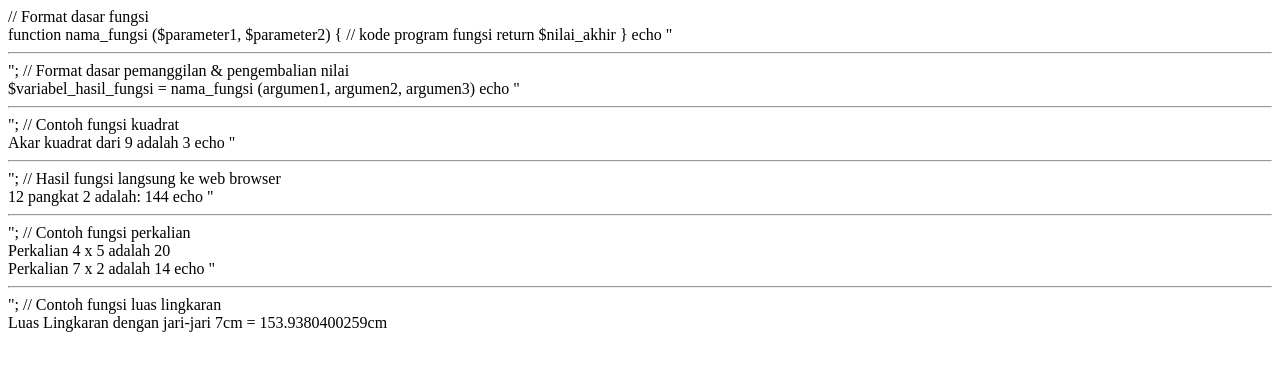
Repository: Bearli-py/latihan_PHP
Page: http://localhost/fungsi.php
These files come from the project's save history. The page is drawn as it stood at one moment and after the next save; the edit follows.
The browser window is 1280 px wide. The pictures show the whole page.
The page is run by PHP 8.4 with error messages shown; the project is at /var/www/html/.

Above is the page before, as saved 2025-10-01 13:57:25.

### fungsi.php
// Format dasar fungsi <br>
function nama_fungsi ($parameter1, $parameter2)
{
// kode program fungsi return $nilai_akhir
}

echo "<hr>";

// Format dasar pemanggilan & pengembalian nilai <br>
$variabel_hasil_fungsi = nama_fungsi (argumen1, argumen2, argumen3)

echo "<hr>";

// Contoh fungsi kuadrat <br>
<?php
    $akar_kuadrat = sqrt(9);
    echo "Akar kuadrat dari 9 adalah $akar_kuadrat";
    // Akar kuadrat dari 9 adalah 3
?>

echo "<hr>";

// Hasil fungsi langsung ke web browser <br>
<?php
echo "12 pangkat 2 adalah: ".pow(12,2);
// 12 pangkat 2 adalah: 144
?>

echo "<hr>";

// Contoh fungsi perkalian <br>
<?php
//pembuatan fungsi
    function perkalian($angka1, $angka2)
    {
    $a= $angka1;
    $b= $angka2;
    $hasil= $a*$b;
    return $hasil;
    }
//pemanggilan fungsi
    $hasil=perkalian(4,5);
    echo "Perkalian 4 x 5 adalah $hasil";
    echo "<br />";
    echo "Perkalian 7 x 2 adalah ".perkalian(7,2);
?>

echo "<hr>";

// Contoh fungsi luas lingkaran <br>
<?php
//pemanggilan fungsi
    echo "Luas Lingkaran dengan jari-jari 7cm = ".luas_lingkaran(7)."cm";
//pembuatan fungsi
    function luas_lingkaran($jari2)
    {
    return M_PI*$jari2*$jari2;
    }
?>

After the next save:
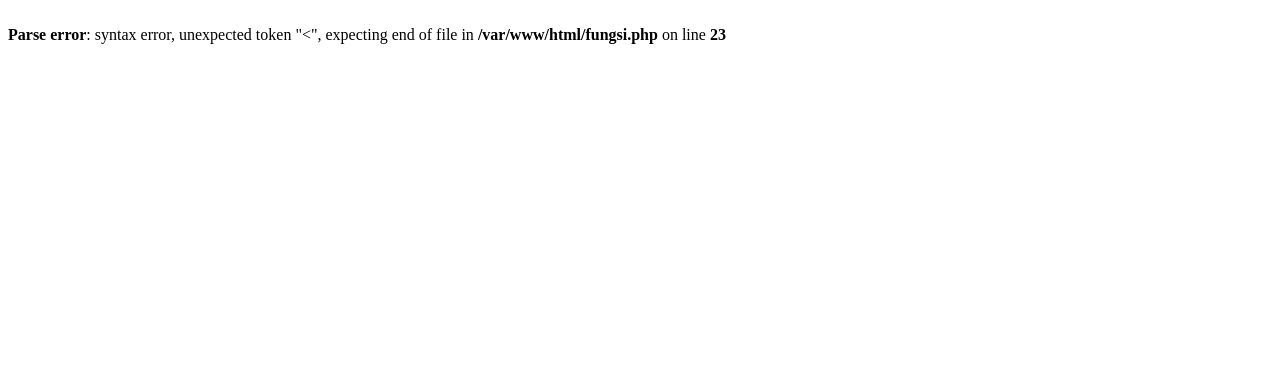
Saved 38 s later.
--- a/fungsi.php
+++ b/fungsi.php
@@ -16,7 +16,6 @@
     $akar_kuadrat = sqrt(9);
     echo "Akar kuadrat dari 9 adalah $akar_kuadrat";
     // Akar kuadrat dari 9 adalah 3
-?>
 
 echo "<hr>";
 
@@ -24,7 +23,6 @@
 <?php
 echo "12 pangkat 2 adalah: ".pow(12,2);
 // 12 pangkat 2 adalah: 144
-?>
 
 echo "<hr>";
 
@@ -43,7 +41,6 @@
     echo "Perkalian 4 x 5 adalah $hasil";
     echo "<br />";
     echo "Perkalian 7 x 2 adalah ".perkalian(7,2);
-?>
 
 echo "<hr>";
 

After the save that followed:
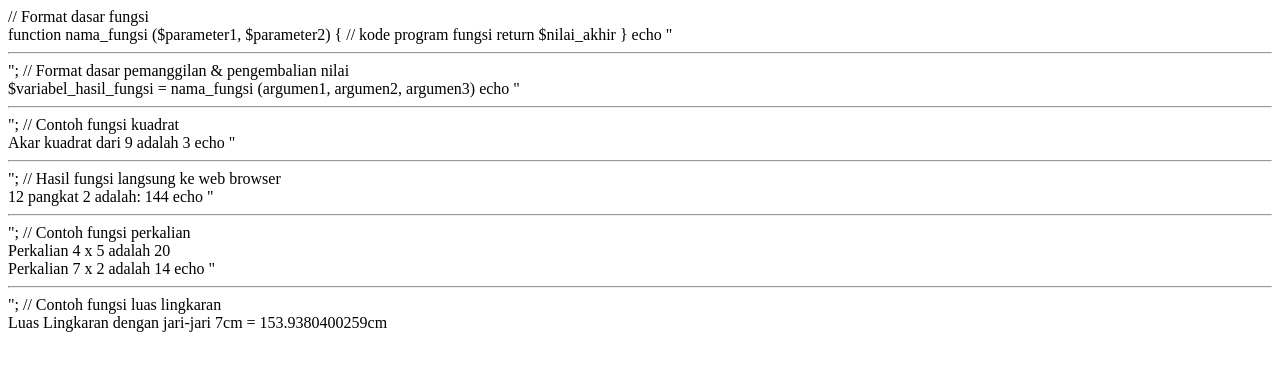
Saved 18 s later.
--- a/fungsi.php
+++ b/fungsi.php
@@ -16,6 +16,7 @@
     $akar_kuadrat = sqrt(9);
     echo "Akar kuadrat dari 9 adalah $akar_kuadrat";
     // Akar kuadrat dari 9 adalah 3
+?>
 
 echo "<hr>";
 
@@ -23,6 +24,7 @@
 <?php
 echo "12 pangkat 2 adalah: ".pow(12,2);
 // 12 pangkat 2 adalah: 144
+?>
 
 echo "<hr>";
 
@@ -41,6 +43,7 @@
     echo "Perkalian 4 x 5 adalah $hasil";
     echo "<br />";
     echo "Perkalian 7 x 2 adalah ".perkalian(7,2);
+?>
 
 echo "<hr>";
 
